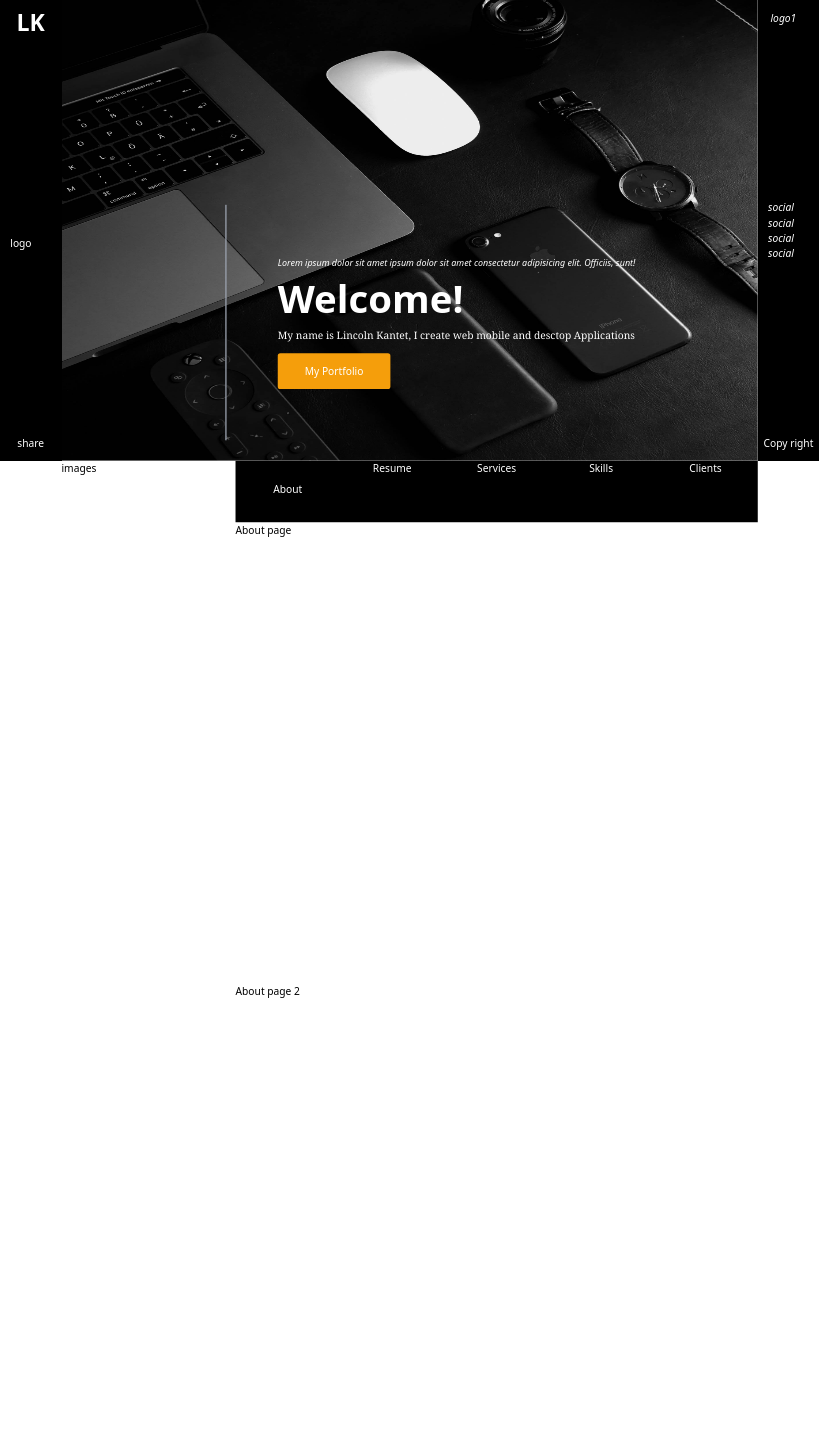
Repository: linco6054/template-tailwindcss
Page: index.html
The author's editor kept a copy of each file at every save. The page is drawn from the files as they stood at one save, then again after a run of saves.
The browser window is 1280 px wide. The pictures show the whole page, at 64% of full size.

Above is the page before, as saved 2021-08-17 17:54:00.

### index.html
<!DOCTYPE html>
<html lang="en">

  <head>
    <meta charset="UTF-8" />
    <meta http-equiv="X-UA-Compatible" content="IE=edge" />
    <meta name="viewport" content="width=device-width, initial-scale=1.0" />
    <link href="https://unpkg.com/tailwindcss@^2/dist/tailwind.min.css" rel="stylesheet" />
    <link rel="stylesheet" href="style.css">
    <title>Lincoln Kantet</title>
  </head>

  <body class="font-sans text-white  max-w-full h-auto flex flex-col lg:flex-row">
    <!-- nav -->
    <nav class="
        fixed
        top-0
        lg:left-0
        overflow-hidden
        bg-black
        h-20
        flex
        justify-between
        lg:flex-col
        items-center
        w-full
        lg:w-24 lg:h-screen
        z-50
      ">
      <span>
        <h1 class="mx-4 lg:mt-4 text-4xl font-bold">LK</h1>
      </span>
      <div class="mx-4 cursor-pointer">
        <i class="opacity-0 hover:opacity-100">menu</i>
        <span>logo</span>
      </div>

      <span class="mx-4 lg:mb-4">share</span>
    </nav>
    <!-- pages -->
    <section class="
        px-0
        lg:px-24
        overflow-hidden
        flex-col
        md:w-full
        lg:w-full
        h-auto
        text-black
        pt-20
        md:pt-0

      ">
      <div class="h-screen w-full relative overflow-hidden">
        <img class="absolute  z-0 h-full w-full" src="/images/bg.jpg" alt="">

        <div
          class="md:border-l-2 md:pl-20 md:py-20 md:border-gray-400 px-10 lg:ml-64 absolute text-white top-64 md:top-80 w-full z-20 flex flex-col  items-left  ">
          <i class="w-full text-sm mb-4 ">Lorem ipsum dolor sit amet ipsum dolor sit amet consectetur adipisicing elit.
            Officiis, sunt!</i>
          <h1 class="font-extrabold text-6xl mb-4">Welcome!</h1>
          <p class="font-serif mb-4">My name is Lincoln Kantet, I create web mobile and desctop Applications</p>
          <button class="bg-yellow-500 px-4 py-2 md:px-10 md:py-4 rounded w-44 hover:bg-yellow-700 ">My
            Portfolio</button>
        </div>
      </div>
      </div>
      <!-- other screen mother container -->
      <div class="h-auto relative flex ">
        <div class="w-1/3 hidden md:block">images</div>
        <div class="w-full">
          <nav class="text-white sticky top-24 h-24 bg-black w-full flex ">
              <a class="flex-1 h-24 text-center mt-8 b" href="about">About</a>
              <a class="flex-1 h-24 text-center" href="about">Resume</a>
              <a class="flex-1 h-24 text-center" href="about">Services</a>
              <a class="flex-1 h-24 text-center" href="about">Skills</a>
              <a class="flex-1 h-24 text-center" href="about">Clients</a>
          </nav>
          <main>
            <div class="h-screen">About page</div>
            <div class="h-screen">About page 2</div>
          </main>
        </div>

      </div>
      <!-- end of other screen mother container -->
    </section>
    <!-- footer -->
    <footer class="
        lg:fixed lg:right-0
        overflow-hidden
        w-full
        lg:w-24
        bg-black
        h-20
        flex
        lg:h-screen
        flex-row-reverse
        justify-between
        items-center
        lg:flex-col
      ">
      <span class="mr-4 lg:mt-4">
        <i>logo1</i>
      </span>
      <span class="ml-4">
        <i>social</i>
        <i>social</i>
        <i>social</i>
        <i>social</i>
      </span>
      <span class="hidden lg:block lg:mb-4 ">
        <p class="md:rotate-90">Copy right</p>
      </span>
    </footer>
  </body>

</html>

Loaded but not shown: style.css (no stored copy; drawn as an empty file)

After the next 3 saves:
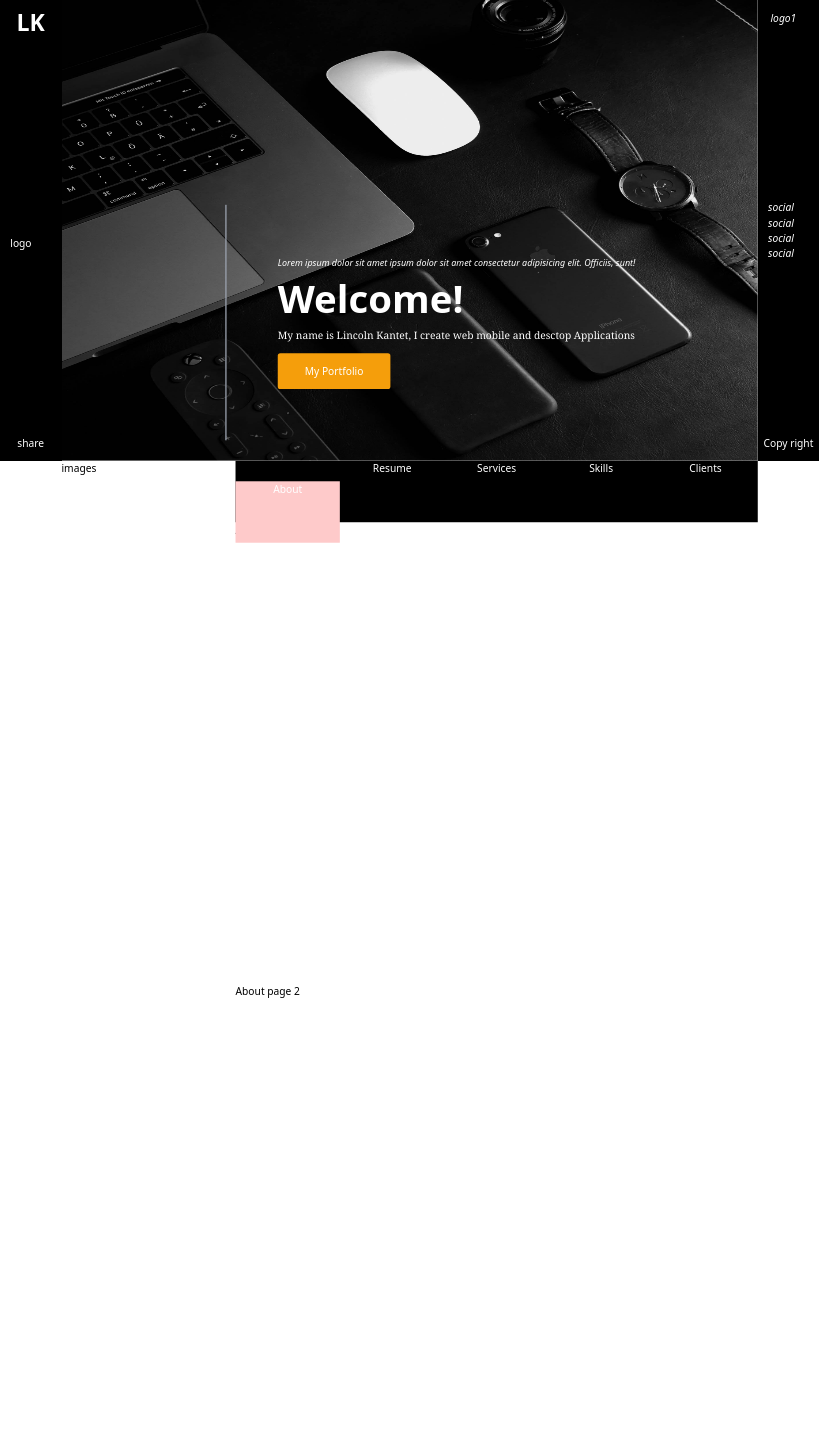
The 3 saves are shown as one change because they came seconds apart.
The last was saved 8 s later.
--- a/index.html
+++ b/index.html
@@ -70,7 +70,7 @@
         <div class="w-1/3 hidden md:block">images</div>
         <div class="w-full">
           <nav class="text-white sticky top-24 h-24 bg-black w-full flex ">
-              <a class="flex-1 h-24 text-center mt-8 b" href="about">About</a>
+              <a class="flex-1 h-24 text-center mt-8 bg-red-200" href="about">About</a>
               <a class="flex-1 h-24 text-center" href="about">Resume</a>
               <a class="flex-1 h-24 text-center" href="about">Services</a>
               <a class="flex-1 h-24 text-center" href="about">Skills</a>

After the 2 saves that followed:
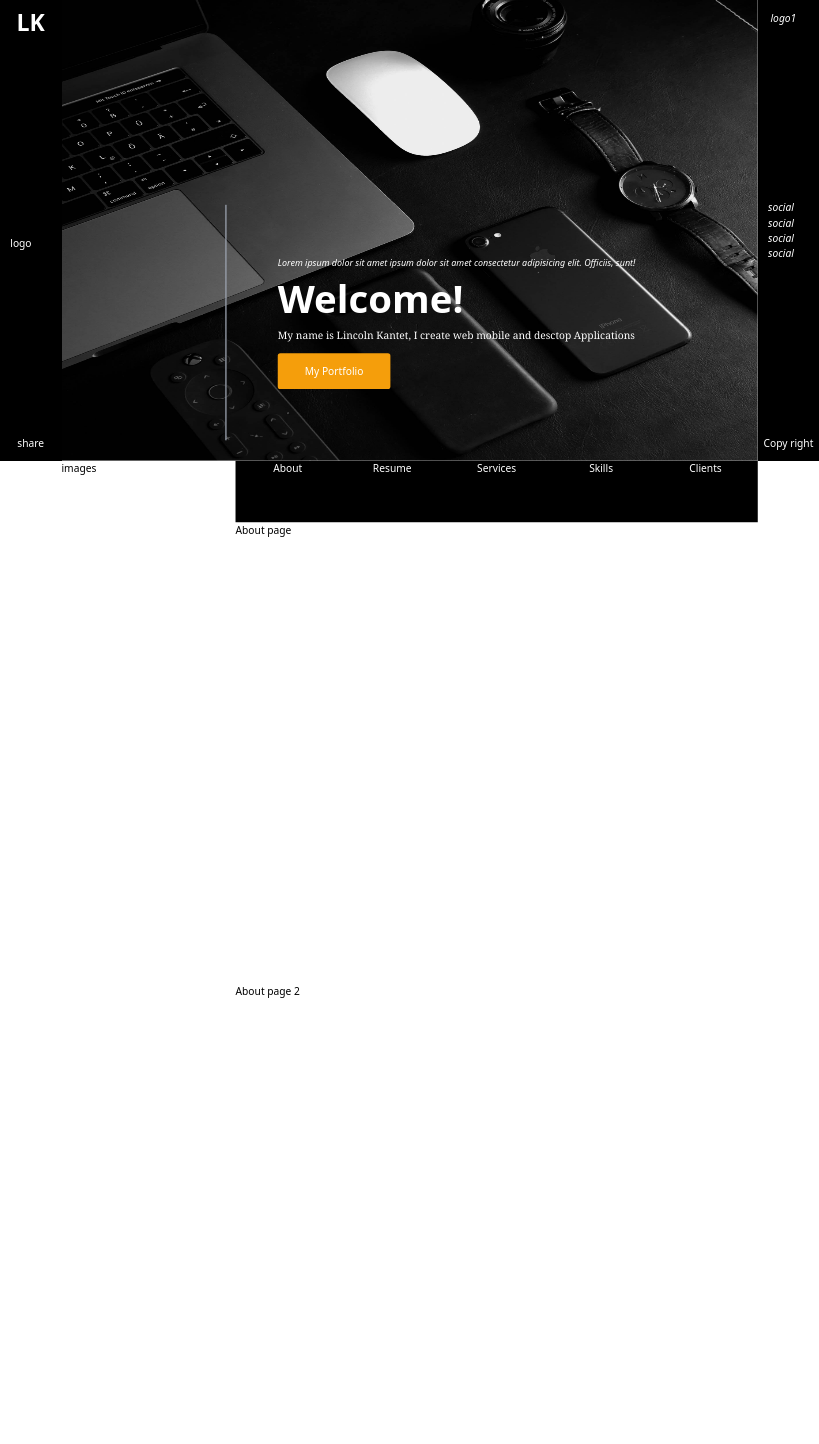
The 2 saves are shown as one change because they came seconds apart.
The last was saved 14 s later.
--- a/index.html
+++ b/index.html
@@ -70,7 +70,7 @@
         <div class="w-1/3 hidden md:block">images</div>
         <div class="w-full">
           <nav class="text-white sticky top-24 h-24 bg-black w-full flex ">
-              <a class="flex-1 h-24 text-center mt-8 bg-red-200" href="about">About</a>
+              <a class="flex-1 h-24 text-center" href="about">About</a>
               <a class="flex-1 h-24 text-center" href="about">Resume</a>
               <a class="flex-1 h-24 text-center" href="about">Services</a>
               <a class="flex-1 h-24 text-center" href="about">Skills</a>
